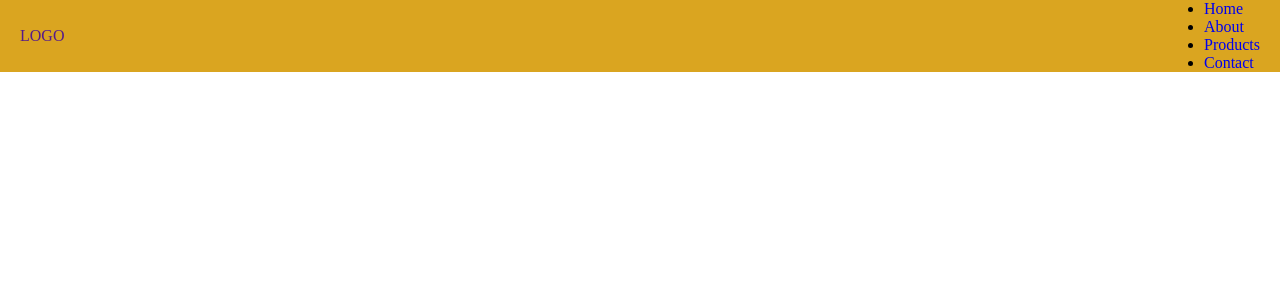
Repository: albayrakfatih/Flex-Navbar
Page: navbar-w-flexbox.html
These files come from the project's save history. The page is drawn as it stood at one moment and after a run of saves; the edit follows.
The browser window is 1280 px wide. The pictures show the whole page.

Above is the page before, as saved 2023-05-09 19:47:04.

After the next 2 saves:
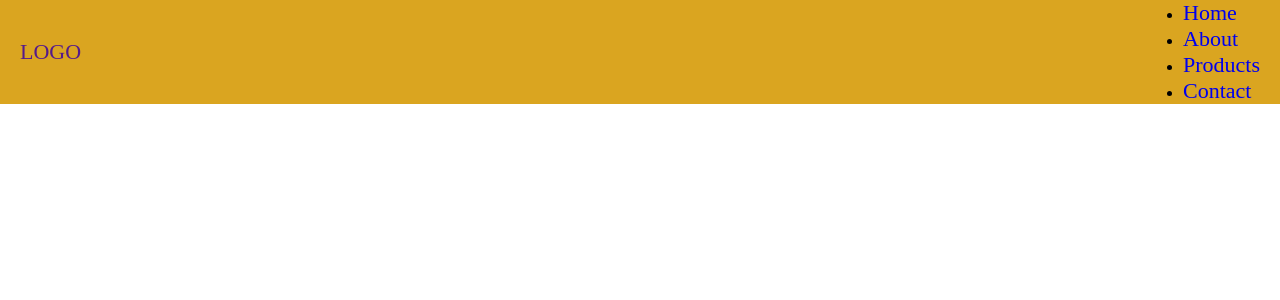
The 2 saves are shown as one change because they came seconds apart.
The last was saved 6 s later.
--- a/styles.css
+++ b/styles.css
@@ -15,5 +15,5 @@
 nav a{
     align-self: center;
     text-decoration: none;
-    font-size: ;
+    font-size: 22px;
 }
